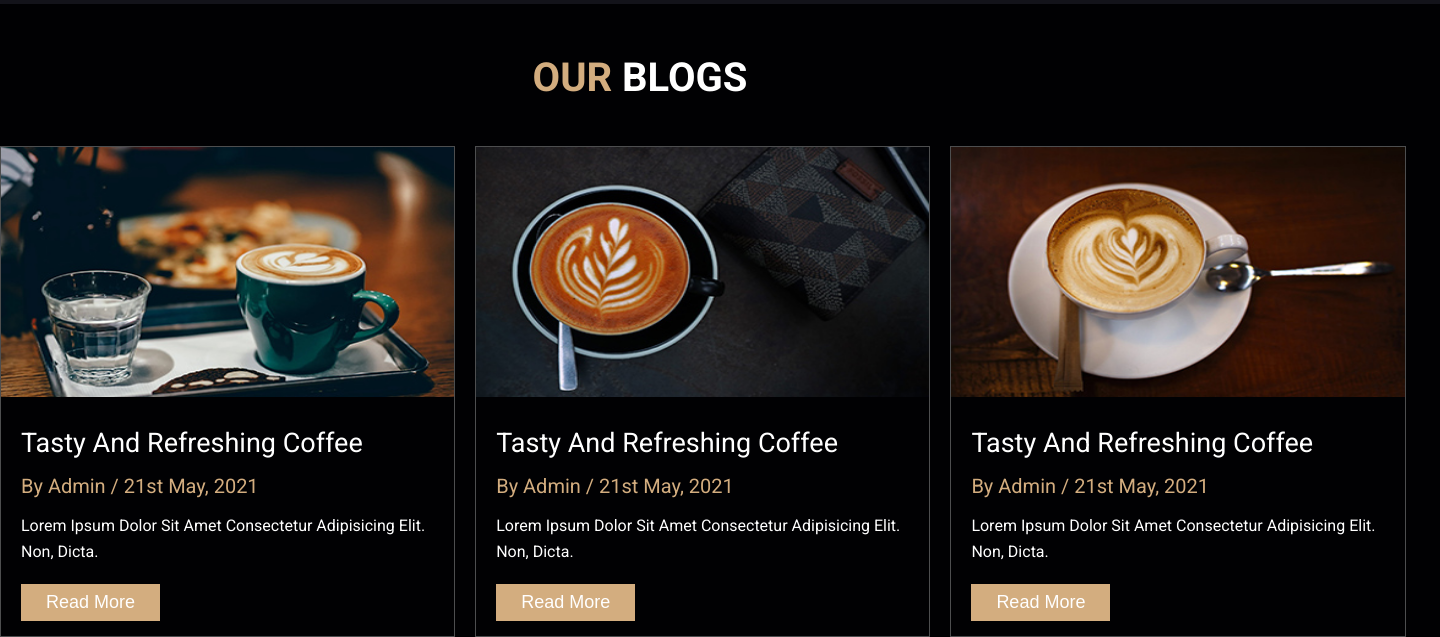
Repository: Dinhthai303/DinhThai
Page: index.html
The author's editor kept a copy of each file at every save. The page is drawn from the files as they stood at one save, then again after the next save.
The browser window is 1280 px wide. The page is 1440 px wide, so the pictures cover 1440 px, including what lies to the right of the window. The pictures show the part of the page from y = 4258 to 4895 px (the page is 4895 px tall).

Above is the page before, as saved 2021-11-28 01:47:31.

### index.html
<!DOCTYPE html>
<html lang="en">

<head>
    <meta charset="UTF-8">
    <meta http-equiv="X-UA-Compatible" content="IE=edge">
    <meta name="viewport" content="width=device-width, initial-scale=1.0">
    <title>Document</title>
    <!-- FONT AWESOME -->
    <link rel="stylesheet" href="https://cdnjs.cloudflare.com/ajax/libs/font-awesome/6.0.0-beta3/css/all.min.css"
        integrity="sha512-Fo3rlrZj/k7ujTnHg4CGR2D7kSs0v4LLanw2qksYuRlEzO+tcaEPQogQ0KaoGN26/zrn20ImR1DfuLWnOo7aBA=="
        crossorigin="anonymous" referrerpolicy="no-referrer" />
    <!-- GOOLE FONT -->
    <link rel="preconnect" href="https://fonts.googleapis.com">
    <link rel="preconnect" href="https://fonts.gstatic.com" crossorigin>
    <link href="https://fonts.googleapis.com/css2?family=Roboto:wght@300;400;500;700&display=swap" rel="stylesheet">
    <!-- MAIN CSS -->
    <link rel="stylesheet" href="./css/style.css">
</head>

<body>
    <header class="header">
        <div class="container">
            <div class="header__content">
                <div class="header__logo">
                    <img src="./images/logo.png" alt="">
                </div>
                <ul class="header__menu">
                    <li class="header__item"><a class="header__link" href="#">Home</a></li>
                    <li class="header__item"><a class="header__link" href="#">About</a></li>
                    <li class="header__item"><a class="header__link" href="#">Menu</a></li>
                    <li class="header__item"><a class="header__link" href="#">Product</a></li>
                    <li class="header__item"><a class="header__link" href="#">Review</a></li>
                    <li class="header__item"><a class="header__link" href="#">Contact</a></li>
                    <li class="header__item"><a class="header__link" href="#">Blog</a></li>
                </ul>
                <div class="header__icon">
                    <i class="fa fa-search"></i>
                    <i class="fa fa-shopping-cart"></i>
                </div>
            </div>
        </div>
    </header>
    <section class="banner">
        <div class="banner__content">
            <img class="banner__image" src="./images/home-img.jpeg" alt="">
            <div class="banner__text">
                <h3 class="banner__title">FRESH COFFEE IN THE MORNING</h3>
                <p class="banner__desc">Lorem Ipsum, Dolor Sit Amet Consectetur Adipisicing Elit. Placeat Labore, Sint
                    Cupiditate Distinctio Tempora Reiciendis.</p>
                <button class="btn">Get Your now</button>
            </div>
        </div>
    </section>
    <section class="about">
        <h2 class="heading">About <span>us</span></h2>
        <div class="container">
            <div class="about__content">
                <div class="about__left">
                    <img class="about__image" src="./images/about-img.jpeg" alt="">
                </div>
                <div class="about__right">
                    <div class="about__text">
                        <h2 class="about__title">What Makes Our Coffee Special?</h2>
                        <p class="about__desc">Lorem Ipsum Dolor Sit Amet Consectetur Adipisicing Elit. Voluptatibus Qui
                            Ea Ullam, Enim Tempora Ipsum Fuga Alias Quae Ratione A Officiis Id Temporibus Autem? Quod
                            Nemo Facilis Cupiditate. Ex, Vel?</p>
                        <p class="about__desc">Lorem Ipsum Dolor Sit Amet Consectetur, Adipisicing Elit. Odit Amet Enim
                            Quod Veritatis, Nihil Voluptas Culpa! Neque Consectetur Obcaecati Sapiente?</p>
                        <button class="btn about__button">Learn More</button>
                    </div>
                </div>
            </div>
        </div>
    </section>
    <section class="menu">
        <h2 class="heading"><span>our</span> menu</h2>
        <div class="container">
            <div class="menu__content">
                <div class="menu__item">
                    <div class="menu__text">
                        <img src="./images/menu-1.png" alt="" class="menu__img">
                        <h3 class="menu__title">Tasty And Healty
                        </h3>
                        <div class="menu__price price">$15.99 <span class="menu__price--old old">20.99</span></div>
                        <button class="btn menu__button">Add To Cart</button>
                    </div>
                </div>
                <div class="menu__item">
                    <div class="menu__text">
                        <img src="./images/menu-2.png" alt="" class="menu__img">
                        <h3 class="menu__title">Tasty And Healty
                        </h3>
                        <div class="menu__price price">$15.99 <span class="menu__price--old old">20.99</span></div>
                        <button class="btn menu__button">Add To Cart</button>
                    </div>
                </div>
                <div class="menu__item">
                    <div class="menu__text">
                        <img src="./images/menu-3.png" alt="" class="menu__img">
                        <h3 class="menu__title">Tasty And Healty
                        </h3>
                        <div class="menu__price price">$15.99 <span class="menu__price--old old">20.99</span></div>
                        <button class="btn menu__button">Add To Cart</button>
                    </div>
                </div>
                <div class="menu__item">
                    <div class="menu__text">
                        <img src="./images/menu-4.png" alt="" class="menu__img">
                        <h3 class="menu__title">Tasty And Healty
                        </h3>
                        <div class="menu__price price">$15.99 <span class="menu__price--old price">20.99</span></div>
                        <button class="btn menu__button">Add To Cart</button>
                    </div>
                </div>
                <div class="menu__item">
                    <div class="menu__text">
                        <img src="./images/menu-5.png" alt="" class="menu__img">
                        <h3 class="menu__title">Tasty And Healty
                        </h3>
                        <div class="menu__price price">$15.99 <span class="menu__price--old old">20.99</span></div>
                        <button class="btn menu__button">Add To Cart</button>
                    </div>
                </div>
                <div class="menu__item">
                    <div class="menu__text">
                        <img src="./images/menu-6.png" alt="" class="menu__img">
                        <h3 class="menu__title">Tasty And Healty
                        </h3>
                        <div class="menu__price price">$15.99 <span class="menu__price--old old">20.99</span></div>
                        <button class="btn menu__button">Add To Cart</button>
                    </div>
                </div>
            </div>
        </div>
    </section>
    <section class="products">
        <h2 class="heading"><span>OUR</span> PRODUCTS</h2>
        <div class="container">
            <div class="products__content">
                <div class="products__item">
                    <div class="products__social">
                        <i class="fa fa-shopping-cart"></i>
                        <i class="fa fa-heart"></i>
                        <i class="fa fa-eye"></i>
                    </div>
                    <div class="products__img">
                        <img src="./images/product-2.png" alt="">
                    </div>
                    <h3 class="products__title">Fresh Coffee</h3>
                    <div class="star">
                        <i class="fa fa-star"></i>
                        <i class="fa fa-star"></i>
                        <i class="fa fa-star"></i>
                        <i class="fa fa-star"></i>
                        <i class="fa fa-star-half-alt"></i>
                    </div>
                    <div class="price">$15.99 <span class="old">20.99</span></div>
                </div>
                <div class="products__item">
                    <div class="products__social">
                        <i class="fa fa-shopping-cart"></i>
                        <i class="fa fa-heart"></i>
                        <i class="fa fa-eye"></i>
                    </div>
                    <div class="products__img">
                        <img src="./images/product-3.png" alt="">
                    </div>
                    <h3 class="products__title">Fresh Coffee</h3>
                    <div class="star">
                        <i class="fa fa-star"></i>
                        <i class="fa fa-star"></i>
                        <i class="fa fa-star"></i>
                        <i class="fa fa-star"></i>
                        <i class="fa fa-star-half-alt"></i>
                    </div>
                    <div class="price">$15.99 <span class="old">20.99</span></div>
                </div>
                <div class="products__item">
                    <div class="products__social">
                        <i class="fa fa-shopping-cart"></i>
                        <i class="fa fa-heart"></i>
                        <i class="fa fa-eye"></i>
                    </div>
                    <div class="products__img">
                        <img src="./images/product-1.png" alt="">
                    </div>
                    <h3 class="products__title">Fresh Coffee</h3>
                    <div class="star">
                        <i class="fa fa-star"></i>
                        <i class="fa fa-star"></i>
                        <i class="fa fa-star"></i>
                        <i class="fa fa-star"></i>
                        <i class="fa fa-star-half-alt"></i>
                    </div>
                    <div class="price">$15.99 <span class="old">20.99</span></div>
                </div>
            </div>
        </div>
    </section>
    <section class="review">
        <h2 class="heading"><span>CUSTOMER'S</span> REVIEW</h2>
        <div class="container">
            <div class="review__content">
                <div class="review__item">
                    <img src="./images/quote-img.png" alt="" class="review__top">
                    <p class="review__desc">Lorem Ipsum Dolor Sit Amet Consectetur Adipisicing Elit. Animi Nulla Sit
                        Libero Nemo Fuga Sequi Nobis? Necessitatibus Aut Laborum, Nisi Quas Eaque Laudantium
                        Consequuntur Iste Ex Aliquam Minus Vel? Nemo.</p>
                    <img src="./images/pic-1.png" alt="" class="review__avatar">
                    <h3 class="review__author">John Deo
                    </h3>
                    <div class="star">
                        <i class="fa fa-star"></i>
                        <i class="fa fa-star"></i>
                        <i class="fa fa-star"></i>
                        <i class="fa fa-star"></i>
                        <i class="fa fa-star-half-alt"></i>
                    </div>
                </div>
                <div class="review__item">
                    <img src="./images/quote-img.png" alt="" class="review__top">
                    <p class="review__desc">Lorem Ipsum Dolor Sit Amet Consectetur Adipisicing Elit. Animi Nulla Sit
                        Libero Nemo Fuga Sequi Nobis? Necessitatibus Aut Laborum, Nisi Quas Eaque Laudantium
                        Consequuntur Iste Ex Aliquam Minus Vel? Nemo.</p>
                    <img src="./images/pic-2.png" alt="" class="review__avatar">
                    <h3 class="review__author">John Deo
                    </h3>
                    <div class="star">
                        <i class="fa fa-star"></i>
                        <i class="fa fa-star"></i>
                        <i class="fa fa-star"></i>
                        <i class="fa fa-star"></i>
                        <i class="fa fa-star-half-alt"></i>
                    </div>
                </div>
                <div class="review__item">
                    <img src="./images/quote-img.png" alt="" class="review__top">
                    <p class="review__desc">Lorem Ipsum Dolor Sit Amet Consectetur Adipisicing Elit. Animi Nulla Sit
                        Libero Nemo Fuga Sequi Nobis? Necessitatibus Aut Laborum, Nisi Quas Eaque Laudantium
                        Consequuntur Iste Ex Aliquam Minus Vel? Nemo.</p>
                    <img src="./images/pic-3.png" alt="" class="review__avatar">
                    <h3 class="review__author">John Deo
                    </h3>
                    <div class="star">
                        <i class="fa fa-star"></i>
                        <i class="fa fa-star"></i>
                        <i class="fa fa-star"></i>
                        <i class="fa fa-star"></i>
                        <i class="fa fa-star-half-alt"></i>
                    </div>
                </div>
            </div>
        </div>
    </section>
    <section class="contact">
        <h2 class="heading">CONTACT <span>US</span></h2>
        <div class="container">
            <div class="contact__content">
                <div class="contact__map">
                    <iframe
                        src="https://www.google.com/maps/embed?pb=!1m18!1m12!1m3!1d3919.5668037483!2d106.68553171533858!3d10.767831062295425!2m3!1f0!2f0!3f0!3m2!1i1024!2i768!4f13.1!3m3!1m2!1s0x31752f18039575d7%3A0x3f90b2c941faeed4!2sFPT-APTECH!5e0!3m2!1svi!2s!4v1638037058853!5m2!1svi!2s"
                        width="600" height="450" style="border:0;" allowfullscreen="" loading="lazy"></iframe>
                </div>
                <div class="contact__right">
                    <div class="contact__box">
                        <h2 class="heading contact__"><span>GET IN TOUCH
                            </span></h2>
                        <div class="contact__input">
                            <i class="fa fa-user"></i>
                            <input type="text" placeholder="Name">
                        </div>
                        <div class="contact__input">
                            <i class="fa fa-envelope"></i>
                            <input type="text" placeholder="Email">
                        </div>
                        <div class="contact__input">
                            <i class="fa fa-phone"></i>
                            <input type="text" placeholder="Number">
                        </div>
                        <div class="contact__button">
                            <button class="btn">Contact Now</button>
                        </div>
                    </div>
                </div>
            </div>
        </div>
    </section>
    <section class="blog">
        <h2 class="heading">OUR <span>BLOGS</span></h2>
        <div class="container">
            <div class="blog__content">
                <div class="blog__item">
                    <div class="blog__image">
                        <img src="./images/blog-1.jpeg" alt="" class="blog__img">
                    </div>
                    <div class="blog__text">
                        <h3 class="blog__title">Tasty And Refreshing Coffee</h3>
                        <span class="blog__time">By Admin / 21st May, 2021</span>
                        <p class="blog__desc">Lorem Ipsum Dolor Sit Amet Consectetur Adipisicing Elit. Non, Dicta.</p>
                        <button class="btn blog__button">Read More</button>
                    </div>
                </div>
                <div class="blog__item">
                    <div class="blog__image">
                        <img src="./images/blog-2.jpeg" alt="" class="blog__img">
                    </div>
                    <div class="blog__text">
                        <h3 class="blog__title">Tasty And Refreshing Coffee</h3>
                        <span class="blog__time">By Admin / 21st May, 2021</span>
                        <p class="blog__desc">Lorem Ipsum Dolor Sit Amet Consectetur Adipisicing Elit. Non, Dicta.</p>
                        <button class="btn blog__button">Read More</button>
                    </div>
                </div>
                <div class="blog__item">
                    <div class="blog__image">
                        <img src="./images/blog-3.jpeg" alt="" class="blog__img">
                    </div>
                    <div class="blog__text">
                        <h3 class="blog__title">Tasty And Refreshing Coffee</h3>
                        <span class="blog__time">By Admin / 21st May, 2021</span>
                        <p class="blog__desc">Lorem Ipsum Dolor Sit Amet Consectetur Adipisicing Elit. Non, Dicta.</p>
                        <button class="btn blog__button">Read More</button>
                    </div>
                </div>
            </div>
        </div>
    </section>
    <footer class="footer"></footer>
</body>

</html>

### css/style.css
*{
    margin: 0;
    padding: 0;
    box-sizing: border-box;
}
body{
    font-family: 'Roboto', sans-serif;
    background-color: #010103;
    font-weight: 400;
    color: white;
}
.heading{
    color: #D3AD7F;
    text-transform: uppercase;
    font-size: 40px;
    text-align: center;
    margin-bottom: 45px;
    margin-top: 50px;
}
.heading span{
    color: white;
}
.container{
    width: 1440px;
    margin: 0 auto;
}
.header{
    background-color: #010103;
    border-bottom: 1px solid #4D4E4F;
}
.header__content{
    display: flex;
    justify-content: space-between;
    align-items: center;
    background-color: #010103;
    padding: 15px 0;
}
.header__menu{
    display: flex;
    list-style: none;
    gap: 20px;
}
.header__item:hover .header__link{
    color: #D3AD7F;
}
.header__item:hover .header__link::after{
    opacity: 1;
    transform: translateY(7px);
}
.header__link::after{
    content: "";
    width: 100%;
    height: 2px;
    position: absolute;
    left: 0;
    bottom: 0;
    background-color: #D3AD7F;
    transition: all .5s;
    opacity: 0;
}
.header__link{
    position: relative;
    color: white;
    text-decoration: none;
}
.header__icon i{
    color: white;
    font-size: 23px;
    margin: 0 10px;
    cursor: pointer;
}
.header__icon i:hover{
    color: #D3AD7F;
}
.header__logo img{
    width: 70px;
}
.banner__content{
    position: relative;
    width: 100%;
    height: 850px;
}
.banner__image{
    width: 100%;
    height: 100%;
    object-fit: cover;
}
.banner__text{
    position: absolute;
    top: 50%;
    left: 120px;
    transform: translateY(-50%);
    width: 570px;
}
.banner__title{
    font-size: 58px;
    color: white;
}
.banner__desc{
    font-size: 20px;
    color: rgb(238, 238, 238);
    font-weight: lighter;
    line-height: 1.8;
    margin: 20px 0;
}
.btn{
    background-color: #D3AD7F;
    border: none;
    color: white;
    padding: 8px 25px;
    font-size: 18px;
    cursor: pointer;
    transition: all .25s;
}
.btn:hover{
    letter-spacing: 1px;
}
.menu__text{
    width: 300px;
}
.menu__item:hover{
    background-color: white;
}
.menu__item:hover *{
    color: black;
}
.about__image{
    width: 100%;
    display: block;
}
.about__left, .about__right{
    width: 50%;
}
.about__content{
    display: flex;
}
.about__title{
    color: white;
    font-size: 30px;
}
.about__right{
    display: flex;
    align-items: center;
}
.about__desc{
    color: rgb(238, 238, 238);
    margin-top: 10px;
    line-height: 1.8;
}
.about__button{
    margin-top: 25px;
}
.about__text{
    margin-left: 20px;
}
.menu__content{
    display: flex;
    flex-wrap: wrap;
    gap: 15px;
}
.menu__item{
    width: calc(25% - 15px);
    border: 1px solid #4D4E4F;
    height: 335px;
    text-align: center;
    display: flex;
    justify-content: center;
    align-items: center;
    transition: all .25s;
}
.menu__title{
    color: white;
    margin-top: 20px;
}
.price{
    color: white;
    font-size: 25px;
    margin: 20px 0;
}
.old{
    color: rgb(238, 238, 238);
    text-decoration: line-through;
    font-size: 15px;
}
.products__content{
    display: flex;
    gap: 20px;
}
.products__item{
    width: calc(33% - 20px);
    border: 1px solid #4D4E4F;
    text-align: center;
    padding: 25px 0;
}
.products__title{
    color: white;
    margin-top: 20px;
    font-size: 25px;
}
.products__social{
    margin-bottom: 25px;
}
.products__social i:hover {
    background-color: #D3AD7F;
}
.products__social i {
    color: white;
    padding: 10px 10px;
    border: 1px solid #4D4E4F;
    font-size: 18px;
    margin: 0 1px;
    cursor: pointer;
}
.star {
    color: #D3AD7F;
    margin-top: 15px;
}
.review__content{
    display: flex;
    gap: 25px;
}
.review__item{
    width: calc(33% - 25px);
    border: 1px solid #4D4E4F;
    text-align: center;
    padding: 30px 25px;
}
.review__desc{
    color: rgb(238, 238, 238);
    line-height: 1.8;
    margin: 25px 0;
}
.review__avatar{
    border-radius: 50%;
    width: 70px;
    margin-bottom: 15px;
}
.contact__content{
    display: flex;
    gap: 30px;
    padding-right: 20px;
    background-color: #13131A;
}
.contact__map{
    width: 50%;
}
.contact__map iframe{
    width: 100%;
}
.contact__right{
    display: flex;
    align-items: center;
    width: 50%;
}
.contact__box{
    width: 100%;
}
.contact__input{
    height: 60px;
    width: 100%;
    border: 1px solid #4D4E4F;
    display: flex;align-items: center;
    padding: 0 20px;
    margin-bottom: 25px;
}
.contact__input input{
    background-color: transparent;
    border: none;
    margin-left: 20px;
    width: 100%;
    height: 22px;
    color: white;
    font-size: 20px;
}
.contact__input input:focus{
    outline: none;
}
.contact__input input::placeholder{
    font-size: 18px;
}
.contact__input i {
    font-size: 23px;
}
.contact__button{
    text-align: center;
}
.blog__content{
    display: flex;
    gap: 20px;
}
.blog__item{
    width: calc(33% - 20px);
    border: 1px solid #4D4E4F;
    overflow: hidden;
}
.blog__item:hover .blog__img{
    transform: scale(1.2);
}
.blog__image{
    width: 100%;
    height: 250px;
    overflow: hidden;
}
.blog__img{
    width: 100%;
    height: 100%;
    transition: all .5s;
}
.blog__text{
    padding: 30px 20px 15px;
}
.blog__title{
    font-size: 27px;
    font-weight: 400;
}
.blog__time{
    color: #D3AD7F;
    font-size: 20px;
    margin: 15px 0;
    display: inline-block;
}
.blog__desc{
    line-height: 1.6;
    margin-bottom: 20px;
}

After the next save:
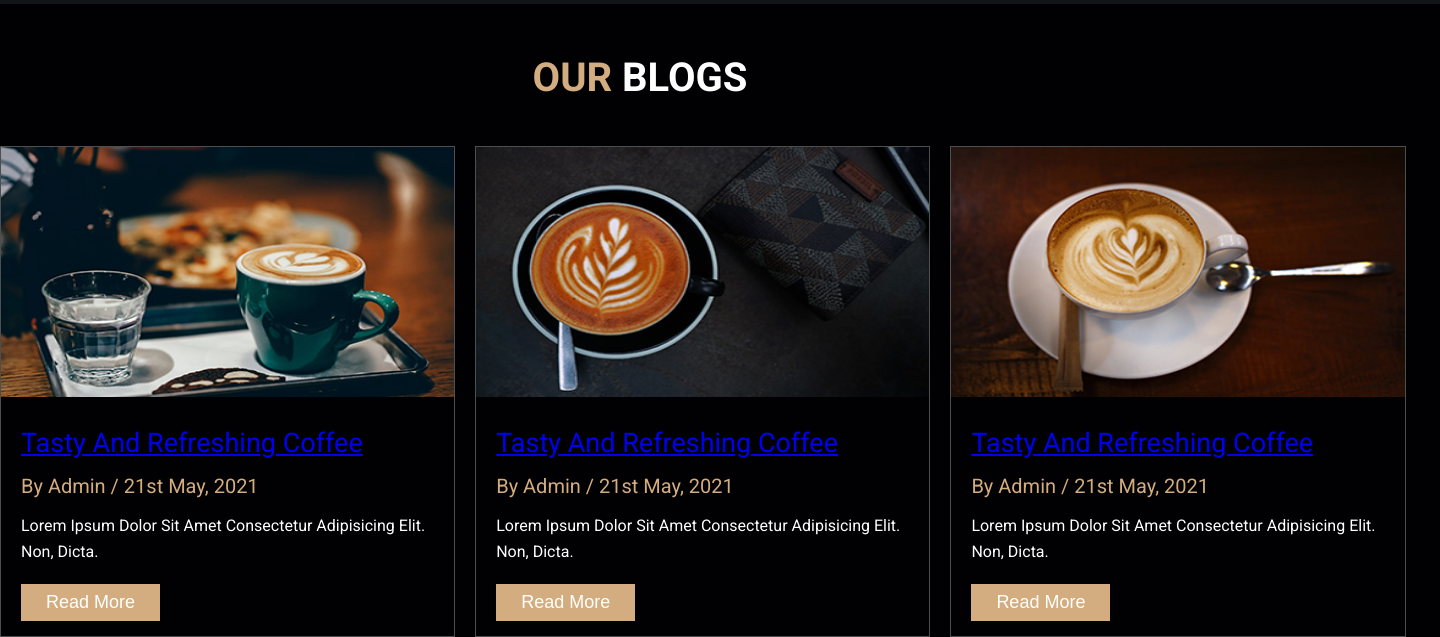
Saved 32 s later.
--- a/index.html
+++ b/index.html
@@ -295,7 +295,7 @@
                         <img src="./images/blog-1.jpeg" alt="" class="blog__img">
                     </div>
                     <div class="blog__text">
-                        <h3 class="blog__title">Tasty And Refreshing Coffee</h3>
+                        <a href="#" class="blog__title">Tasty And Refreshing Coffee</a>
                         <span class="blog__time">By Admin / 21st May, 2021</span>
                         <p class="blog__desc">Lorem Ipsum Dolor Sit Amet Consectetur Adipisicing Elit. Non, Dicta.</p>
                         <button class="btn blog__button">Read More</button>
@@ -306,7 +306,7 @@
                         <img src="./images/blog-2.jpeg" alt="" class="blog__img">
                     </div>
                     <div class="blog__text">
-                        <h3 class="blog__title">Tasty And Refreshing Coffee</h3>
+                        <a href="#" class="blog__title">Tasty And Refreshing Coffee</a>
                         <span class="blog__time">By Admin / 21st May, 2021</span>
                         <p class="blog__desc">Lorem Ipsum Dolor Sit Amet Consectetur Adipisicing Elit. Non, Dicta.</p>
                         <button class="btn blog__button">Read More</button>
@@ -317,7 +317,7 @@
                         <img src="./images/blog-3.jpeg" alt="" class="blog__img">
                     </div>
                     <div class="blog__text">
-                        <h3 class="blog__title">Tasty And Refreshing Coffee</h3>
+                        <a href="#" class="blog__title">Tasty And Refreshing Coffee</a>
                         <span class="blog__time">By Admin / 21st May, 2021</span>
                         <p class="blog__desc">Lorem Ipsum Dolor Sit Amet Consectetur Adipisicing Elit. Non, Dicta.</p>
                         <button class="btn blog__button">Read More</button>
